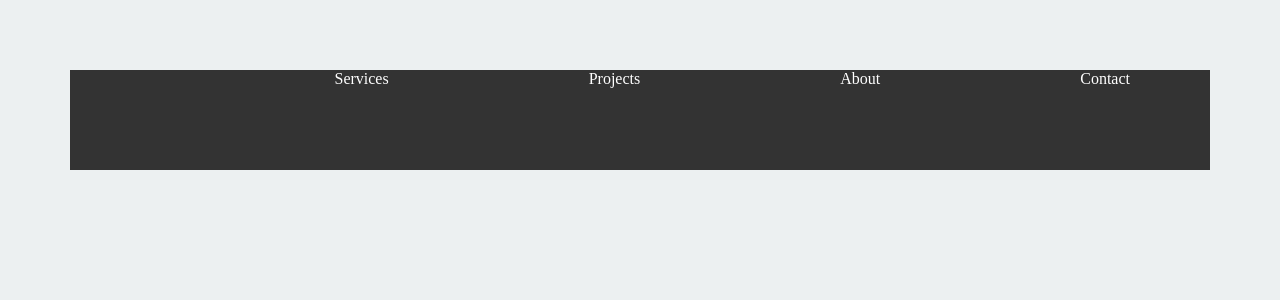
Repository: arifshahriyarnader/css-flexbox
Page: Exercise 1/index.html
The author's editor kept a copy of each file at every save. The page is drawn from the files as they stood at one save, then again after the next save.
The browser window is 1280 px wide. The pictures show the whole page.

Above is the page before, as saved 2024-06-15 15:42:24.

### Exercise 1/index.html
<!DOCTYPE html>
<html lang="en">
<head>
    <meta charset="UTF-8">
    <meta name="viewport" content="width=device-width, initial-scale=1.0">
    <title>Navbar Using Flexbox</title>
    <link rel="stylesheet" href="css/style.css">
</head>
<body>
   <nav class="menubar_sec">
        <div></div>
        <div class="leftmenu_link">
            <ul>
                <li><a href="#">Services</a></li>
                <li><a href="#">Projects</a></li>
                <li><a href="#">About</a></li>
                <li><a href="#">Contact</a></li>
            </ul>
           </div>

   </nav>
</body>
</html>

### Exercise 1/css/style.css
*{
    margin: 0px;
    padding: 0px;
}

ul{
    list-style: none;
}
a{
    text-decoration: none;
}
body{
    background-color: #ECF0F1;
}
.menubar_sec{
    background-color:#333333;
    min-height: 100px;
    margin: 70px;
    display:flex;
    justify-content: space-between;
}

.leftmenu_link ul{
    display: flex;
    gap:40px;

}

.leftmenu_link ul li a{
    color:#fff;
    padding: 50px;
    margin:30px 30px;
}

After the next save:
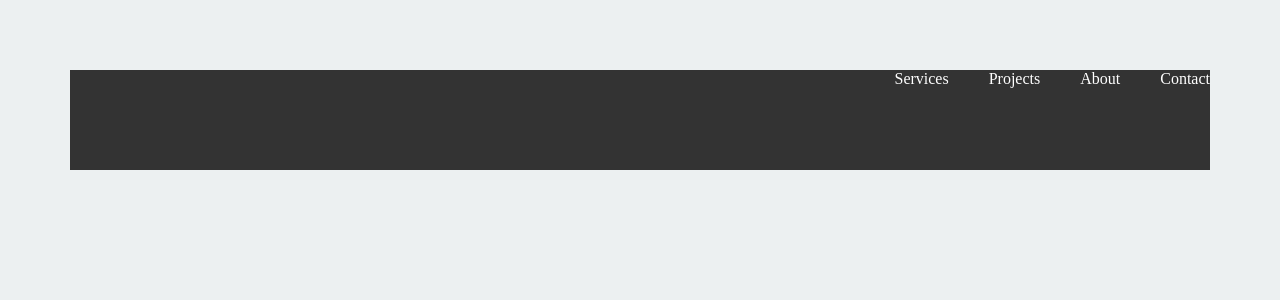
Saved 9 s later.
--- a/Exercise 1/css/style.css
+++ b/Exercise 1/css/style.css
@@ -28,6 +28,5 @@ body{
 
 .leftmenu_link ul li a{
     color:#fff;
-    padding: 50px;
-    margin:30px 30px;
+
 }
